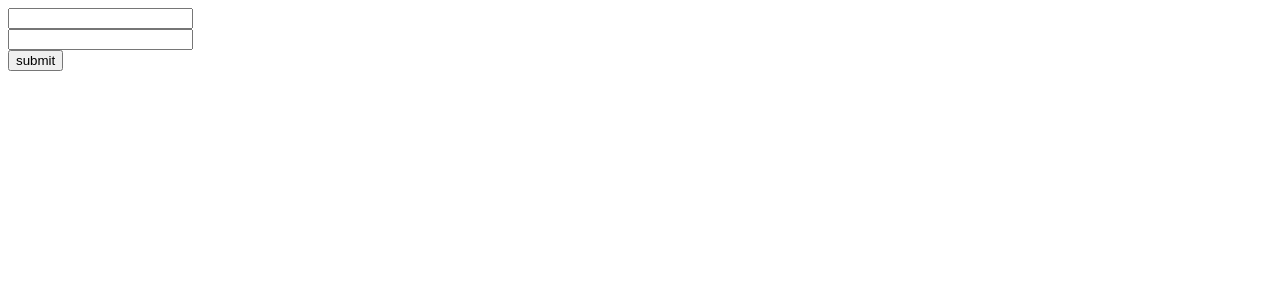
Repository: nihargowda/advancejavaBackend
Page: facebook/facebook/index.html
These files come from the project's save history. The page is drawn as it stood at one moment and after the next save; the edit follows.
The browser window is 1280 px wide. The pictures show the whole page.

Above is the page before, as saved 2020-10-19 14:16:45.

After the next save:
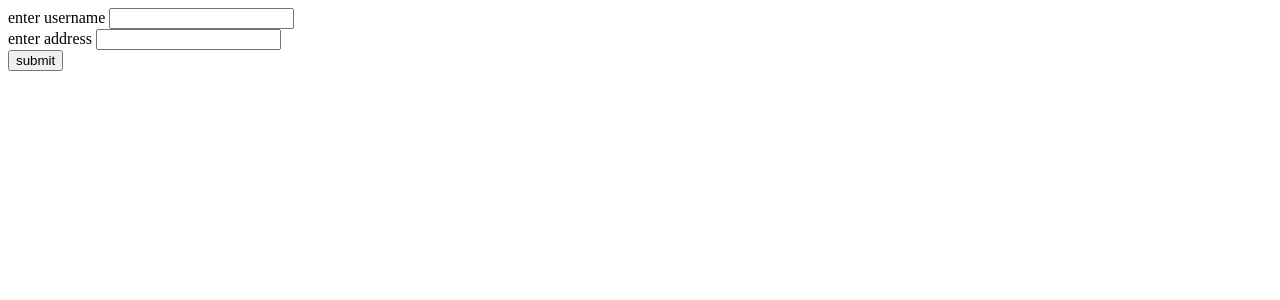
Saved 19 min 29 s later.
--- a/facebook/facebook/index.html
+++ b/facebook/facebook/index.html
@@ -6,9 +6,9 @@
 </head>
 <body>
 <form action="/facebook/posthandler" method="post">
-<input type="text" name="username"><br>
-<input type="text" name= "address"><br>
-<input type="submit" nmae="submit" value="submit"><br>
+enter username <input type="text" name="username"><br>
+enter address <input type="text" name= "address"><br>
+<input type="submit" name="submit" value="submit"><br>
 </form>
 </body>
 </html>
